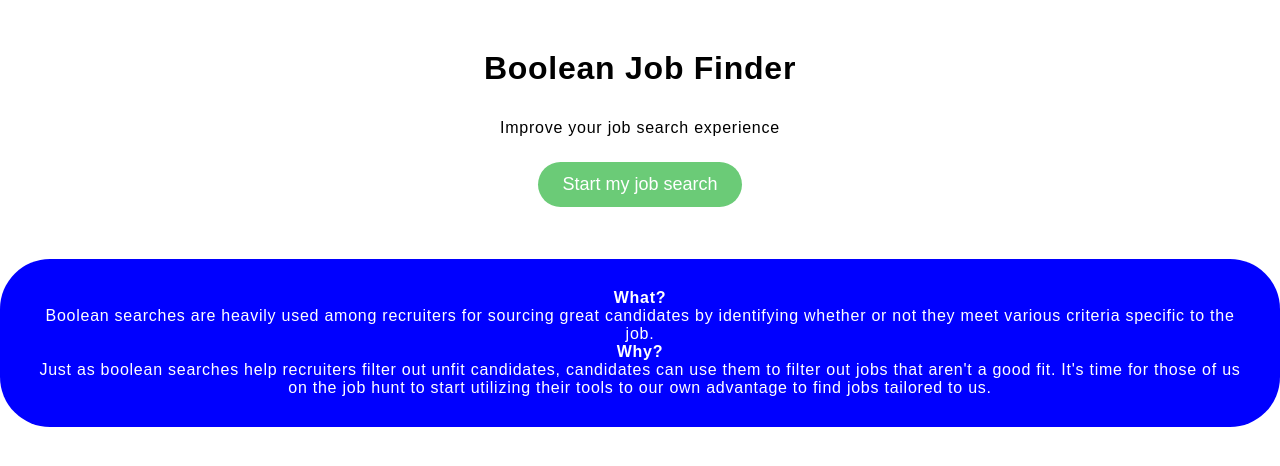
Repository: Rthompson2548/boolean-job-searcher
Page: /
The author's editor kept a copy of each file at every save. The page is drawn from the files as they stood at one save, then again after the next save.
The browser window is 1280 px wide. The pictures show the whole page.
The project was rebuilt for these pictures with package versions that can differ from the ones it lists, and the page was loaded fresh each time.

Above is the page before, as saved 2022-04-05 14:26:40.

### public/index.html
<!DOCTYPE html>
<html lang="en">
  <head>
    <meta charset="utf-8" />
    <link rel="icon" href="%PUBLIC_URL%/favicon.ico" />
    <meta name="viewport" content="width=device-width, initial-scale=1" />
    <meta name="theme-color" content="#000000" />
    <meta
      name="description"
      content="Web site created using create-react-app"
    />
    <link rel="preconnect" href="https://fonts.googleapis.com">
    <link rel="preconnect" href="https://fonts.gstatic.com" crossorigin>
    <link href="https://fonts.googleapis.com/css2?family=Inconsolata&family=League+Spartan&display=swap" rel="stylesheet">

    <title>React App</title>
  </head>
  <body>
    <noscript>You need to enable JavaScript to run this app.</noscript>
    <div id="root"></div>
    <!--
      This HTML file is a template.
      If you open it directly in the browser, you will see an empty page.

      You can add webfonts, meta tags, or analytics to this file.
      The build step will place the bundled scripts into the <body> tag.

      To begin the development, run `npm start` or `yarn start`.
      To create a production bundle, use `npm run build` or `yarn build`.
    -->
  </body>
</html>

### src/App.js
import "./styles.css";
// import { CopyToClipboard } from "react-copy-to-clipboard";
import React, { useState, useEffect, useRef } from "react";



export default function App() {
  let searchCategories = [
    "Experience",
    "Location",
    "Tech Stack",
    "Title",
    "Technologies",
    "Company"
  ];

let defaultCategories = [
  {
    id: 1,
    name: "Experience",
    placeholders: ["Junior", "Entry", "Grad", "Student"]
  },
  {
    id: 2,
    name: "Location",
    placeholders: ["Junior", "Entry", "Grad", "Student"]
  },
  {
    id: 3,
    name: "End",
    placeholders: ["Junior", "Entry", "Grad", "Student"]
  },
  {
    id: 4,
    name: "Title",
    placeholders: ["Junior", "Entry", "Grad", "Student"]
  },
  {
    id: 5,
    name: "Technologies",
    placeholders: ["Junior", "Entry", "Grad", "Student"]
  },
  {
    id: 6,
    name: "Company Name",
    placeholders: ["Junior", "Entry", "Grad", "Student"]
  }
];


const [copyString, setCopyString] = useState("");
const [addCategory, setAddCategory] = useState(false);
const [addCategoryBtnText, setAddCategoryBtnText] = useState(
"Start my job search"
)
const [category, setCategory] = useState("");
const [categoryChosen, setCategoryChosen] = useState(false);
const [categoryOptions, setCategoryOptions] = useState(false);
const [showCategoryForm, setShowCategoryForm] = useState(false);
const [showNewCategoryButton, setShowNewCategoryButton] = useState(true);
const [showName, setShowName] = useState(false);
const [showForm, setShowForm] = useState(false);
const [showAddWordBtn, setShowAddWordBtn] = useState(false)
const [word, setWord] = useState("");
const [list, setList] = useState([]);
const [show, setShow] = useState(false);
const [finishBtn, setFinishBtn] = useState(false);
const [finished, setFinished] = useState(false);
const [result, setResult] = useState([]);
const [doneWarning, setDoneWarning] = useState(false);
const [goodbyeMessage, setGoodbyeMessage] = useState(false);


const handleNewCategory = () => {
  setCategory("");
  setAddCategoryBtnText("Add a category");
  setShowNewCategoryButton(false);
  setFinishBtn(false);
  setCategoryOptions(true);
  setCategoryChosen(false);
};



const handleCustomCategory = () => {
  setShowCategoryForm(true);
  setCategoryOptions(false);
};


const handleCategoryNameChange = event => {
  setCategory(event.target.value);
};

const submitCategory = () => {
  setAddCategory(false);
  setShowName(true);
  setShowNewCategoryButton(false);
  setShowAddWordBtn(true);
  setShowForm(true);
  setShowCategoryForm(false);
};


const handleAddWord = () => {
  setShowForm(true);
  setCategoryOptions(false);
  setCategoryChosen(true);
};


const handleCategoryClick = event => {
  setCategory(event.target.value);
  setCategoryChosen(true);
};


const handleWordChange = event => {
  setWord(event.target.value);
};


  const [noLetters, setNoLetters] = useState(false);

  const submitAsteriskWord = () => {
    if (word.length <= 1) {
      setNoLetters(true);
    } else {
      setList((prevList) => [...prevList, `"${word}*"`]);
      setWord("");
      setShow(true);
      console.log(word);
    }
  };

  const submitWord = () => {
    if (word.length <= 1) {
      setNoLetters(true);
    } else {
      setList((prevList) => [...prevList, `"${word}"`]);
      setWord("");
      setShow(true);
      console.log(word);
    }
  };

  useEffect(() => {
    setCategory(category);
  }, [category]);

  let booleanString = `(${list.join(" OR ")})`;

  const handleSubmitCategoryWords = () => {
    setShowNewCategoryButton(true);
    setShow(false);
    setShowName(false);
    setShowForm(false);
    setFinishBtn(true);
    setResult((previousResult) => [...previousResult, booleanString]);
    console.log(result.join(" AND "));
    console.log(`list: ${list}`);
    setList([]);
    console.log(`list: ${list}`);
    setCopyString(result.join(" AND "));
  };

  const handleGenerateString = () => {
    setFinished(true);
    setFinishBtn(false);
    setShowNewCategoryButton(false);
    setDoneWarning(false);
    // setGoodbyeMessage(true);
  };

const handleDone = () => {
  setDoneWarning(true);
  setFinished(false);
};


const handleConfirmFinished = () => {
  setDoneWarning(false);
  setGoodbyeMessage(true);
  setShow(false);
  setFinished(false);
};



  return (
    <div className="App">
      <div className="header">
        <h1 className="app-title">Boolean Job Finder</h1>
        <p>Improve your job search experience</p>
        <button className="start-btn" onClick={handleNewCategory}>
          {addCategoryBtnText}
        </button>

      </div>
      <div>
    </div>


      {categoryOptions === true && (
        <div>
          <div>
<p className="pick-a-category-txt">Click a category below to start</p>


            {/* iterates through array of category names and returns a button for each */}
            <div className="category-btns">
              {searchCategories.map((value, i) => (
                <button
                  id="category-btn"
                  className="category-btn"
                  key={i}
                  value={searchCategories[i]}
                  onClick={handleCategoryClick}
                >
                  {value}
                </button>
              ))}

            </div>

{
  categoryChosen === true && (
    <button className="continue-btn" onClick={handleAddWord}>
      Continue
    </button>
  )
}
          </div>
        </div>
      )}

{
  showCategoryForm === true && (
    <div>
      <label>Enter a custom category name</label>
      <input
        placeholder="Enter category name"
        onChange={handleCategoryNameChange}
        value={category}
      />

<button onClick={submitCategory}>Submit</button>;

    </div>
  )
}

      {showForm === true && (
        <div className="keyword-form">
          <h1>{category}</h1>

          <div className="keyword-form-info">
            <div>
              <label>Enter 1 or more keywords</label>
            </div>
            <input
              placeholder="Enter two or more letters..."
              value={word}
              onChange={handleWordChange}
            />
          </div>

          <div className="keyword-btns">
            <button onClick={submitWord}>Include exact keyword</button>
            <button onClick={submitAsteriskWord}>
              Include similar keywords
            </button>

          </div>


        </div>
      )}

      {show === true && (
        <div className="keyword-string">
          <h4>{booleanString}</h4>
        </div>
      )}

      {showForm === true && (
        <div>
          <button className="continue-btn" onClick={handleSubmitCategoryWords}>
            Continue
          </button>
        </div>
      )}

      {showNewCategoryButton === true && (
        // <div className="what-why">
            <div className="what-why-info">
              <h4>What?</h4>
              <p>
                Boolean searches are heavily used among recruiters for sourcing great
                candidates by identifying whether or not they meet various criteria specific
                to the job.
              </p>
              <h4>Why?</h4>
              <p>
                Just as boolean searches help recruiters filter out unfit candidates, candidates can use them to filter out jobs that aren't a good fit. It's time for those of us on the job hunt to start utilizing their tools to our own advantage to find jobs tailored to us.
              </p>
          </div>


        // </div>
      )}


      {finishBtn === true && (
        <div>
          <button className="done-btn" onClick={handleGenerateString}>
            Submit
          </button>
        </div>
      )}

      {finished === true && (
        <div className="boolean-string">
          <p value={copyString}>{result.join(" AND ")}</p>
          <button className="done-btn" onClick={handleDone}>
            Done
          </button>
        </div>
      )}

      {doneWarning === true && (
        <div className="boolean-string">
          <p>Are you sure? This cannot be undone</p>
          <button className="done-btn" onClick={handleConfirmFinished}>
            Yes, I am done
          </button>
        </div>
      )}

      {goodbyeMessage === true && (
        <div className="goodye-msg boolean-string">
<p>Goodbye!</p>;

          <button
            className="start-btn"
            onClick={() => window.location.reload(false)}
          >
            Home
          </button>
        </div>
      )}
    </div>
  );
}

### src/styles.css
* {
  margin: 0;
  padding: 0;
  /* background-color: #fff; */
  /* color: #000; */
  /* padding: 18px 0; */
}

.App {
  font-family: sans-serif;
  text-align: center;
  letter-spacing: 0.75px;
}

.header {
  line-height: 2rem;
  letter-spacing: 0.75px;
  padding: 52px 0;
}

img {
  width: 250px;
  height: auto;
}

button {
  /* width: 300px; */
  border-radius: 25px;
  background-color: #fff;
  color: #000;
  border: none;
  margin: 18px 0 0 0;
  font-size: 18px;
}

.app-title {
  margin-bottom: 28px;
  font-size: 32px;
}

h3 {
  font-size: 22px;
}

.what-why-info {
  border-radius: 50px !important;
  overflow: hidden;
  background-color: blue;
  padding: 30px;
  color: #fff !important;
}



.what-why p {
  text-align: left !important;
}




.start-btn {
  background-color: #6bcb77 !important;
  color: #fff;
  font-size: 18px;
  vertical-align: middle;
  padding: 12px 24px;
}

.pick-a-category-txt {
  font-size: 18px;
  margin-bottom: 12px;
}

input {
  background-color: #fff;
  font-size: 18px;
  color: #000;
  width: 260px;
  border: 1.5px solid black;
  border-radius: 25px;
}

label {
  font-size: 20px;
}

.category-btns {
  /* center the element */
  right: 0;
  left: 0;
  margin-right: auto;
  margin-left: auto;
  display: flex;
  flex-direction: column;
  align-items: center;
}

.category-btns button {
  background-color: #ff6b6b;
  color: #fff;
  padding: 12px 42px;
  width: 300px;
}

.category-buttons button:active,
button:focus {
  /* color: #fff !important;
  background-color: #FFD93D !important; */
}

.category-buttons button:visited:after {
  color: #fff !important;
  background-color: #000 !important;
}

.continue-btn {
  background-color: #4d96ff;
  color: #fff;
}

.keyword-form-info {
  margin-top: 24px;
}

.keyword-form-info input {
  padding: 10px 24px 10px 10px;
  margin-top: 16px;
}

.keyword-btns {
  display: flex;
  flex-direction: column;
  align-items: center;
  margin: 10px 0 24px 0;
}

.keyword-btns button {
  background-color: #ff6b6b;
  color: #fff;
  font-size: 18px;
}

.keyword-string {
  padding: 20px;
  font-size: 20px;
  line-height: 2rem;
}

.goodye-msg {
  /* padding-top: 25%; */
  font-size: 42px !important;
}

.goodye-msg button {
  /* background-color: #4D96FF !important; */
  /* vertical-align: middle !important; */
}

.boolean-string {
  font-size: 32px;
  font-weight: bold;
  padding-top: 10%;
}


.boolean-string button {
  background-color: #fa58bc;
  color: #fff;
}

.done-btn {
  background-color: #4d96ff !important;
  color: #fff;
  font-size: 22px;
  vertical-align: middle;
  width: 400px;
  padding: 20px 0;
  margin-top: 36px;
}

.home-btn {
  background-color: #6bcb77 !important;
}

Loaded but not shown: src/index.js (common file); src/index.css (no stored copy; drawn as an empty file)

After the next save:
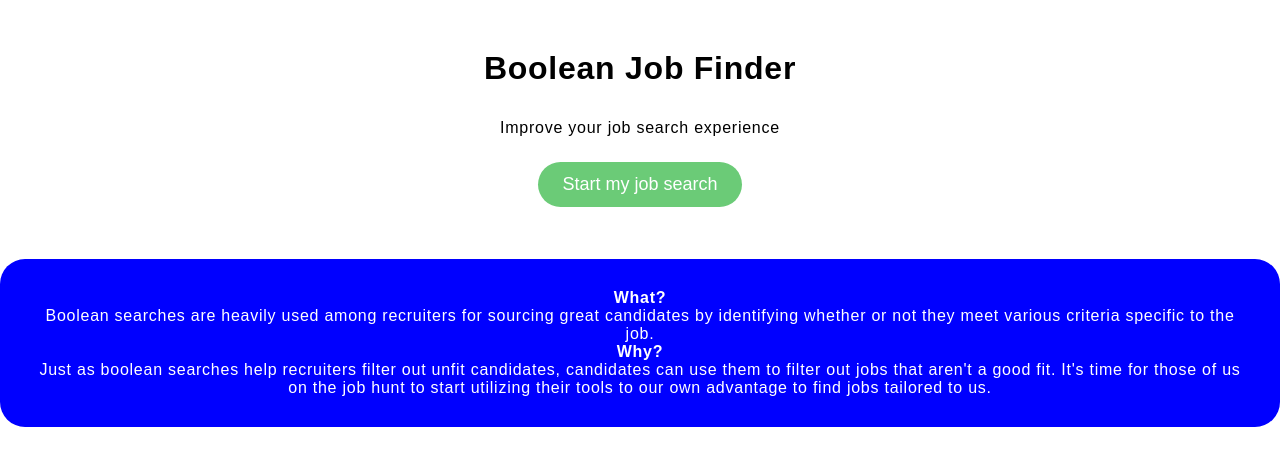
Saved 11 s later.
--- a/src/styles.css
+++ b/src/styles.css
@@ -43,7 +43,7 @@ h3 {
 }
 
 .what-why-info {
-  border-radius: 50px !important;
+  border-radius: 25px !important;
   overflow: hidden;
   background-color: blue;
   padding: 30px;
